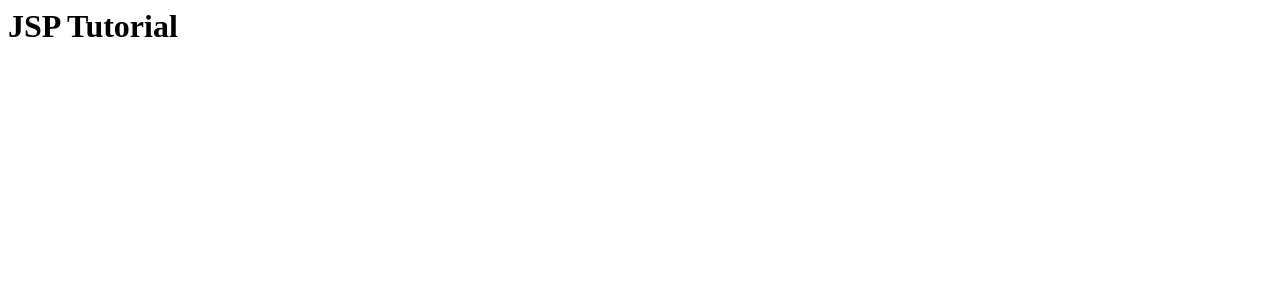
Repository: tenzinlekphel/jsp
Page: jspdemo/WebContent/my-header.html
The author's editor kept a copy of each file at every save. The page is drawn from the files as they stood at one save, then again after the next save.
The browser window is 1280 px wide. The pictures show the whole page.

Above is the page before, as saved 2019-09-02 13:54:47.

After the next save:
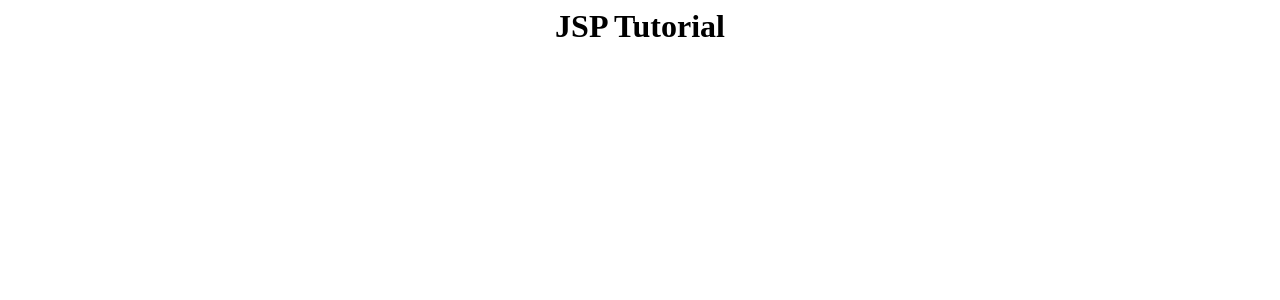
Saved 11 s later.
--- a/jspdemo/WebContent/my-header.html
+++ b/jspdemo/WebContent/my-header.html
@@ -1 +1,3 @@
-<h1>JSP Tutorial</h1>
+<h1
+	align="center"
+>JSP Tutorial</h1>
